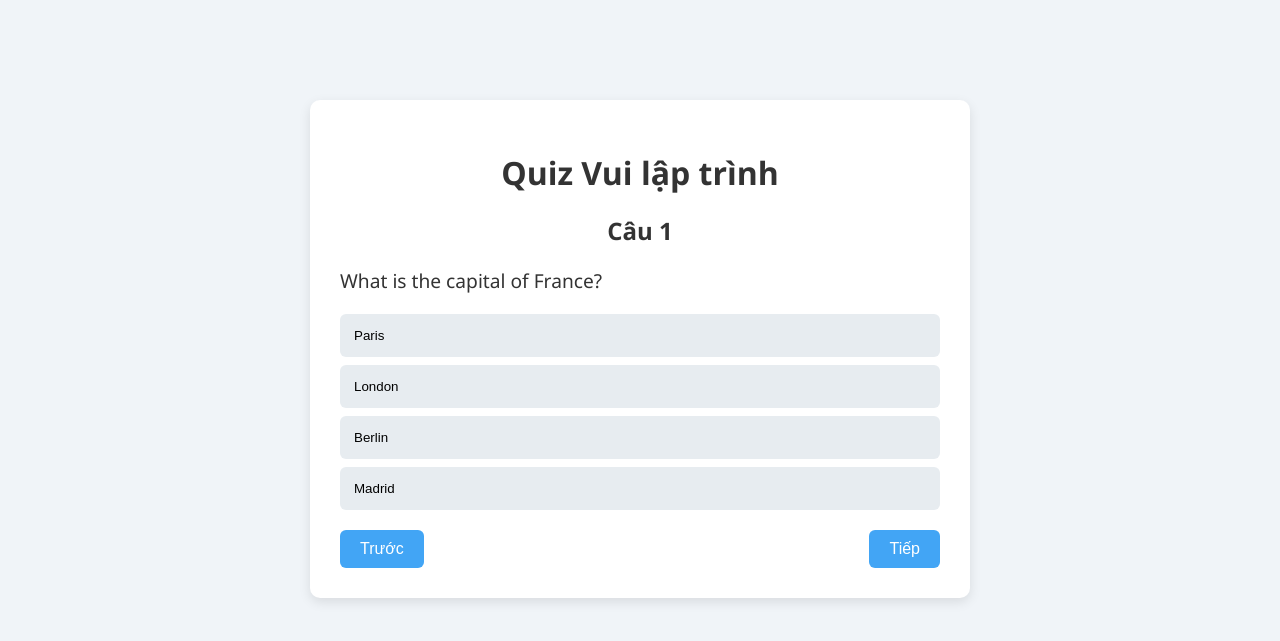
Repository: HuynhPPP/Quiz_App
Page: /
An editor plug-in stored every save of this project. The page is shown before and after the next save, followed by the edit.
The browser window is 1280 px wide. The pictures show the whole page.
The project was rebuilt for these pictures with package versions that can differ from the ones it lists, and the page was loaded fresh each time. Also part of the build but not shown: vite.config.js.

Above is the page before, as saved 2025-09-26 15:02:48.

After the next save:
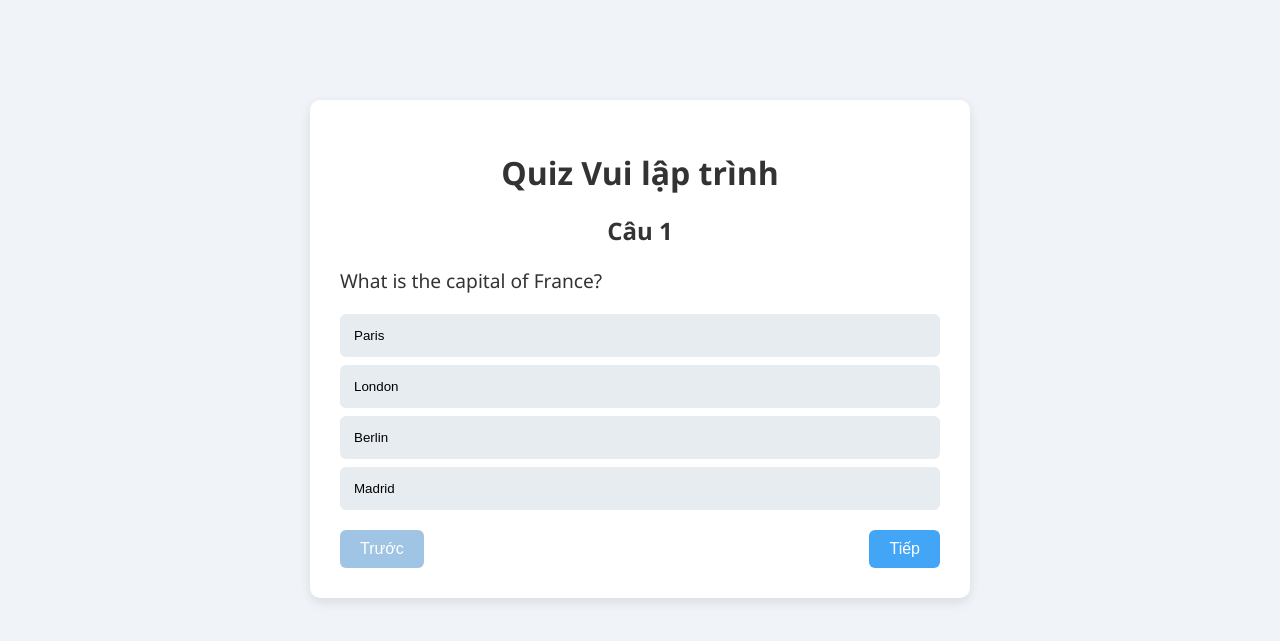
Saved 25 s later.
--- a/src/components/Quiz.jsx
+++ b/src/components/Quiz.jsx
@@ -93,8 +93,8 @@ const Quiz = () => {
 
 
             <div className='nav-buttons'>
-                <button onClick={handlePreviousQuestion}>Trước</button>
-                <button onClick={handleNextQuestion}>Tiếp</button>
+                <button onClick={handlePreviousQuestion} disabled={currentQuestion === 0}>Trước</button>
+                <button onClick={handleNextQuestion} disabled={currentQuestion === quizData.length - 1}>Tiếp</button>
             </div>
         </div>
     );
